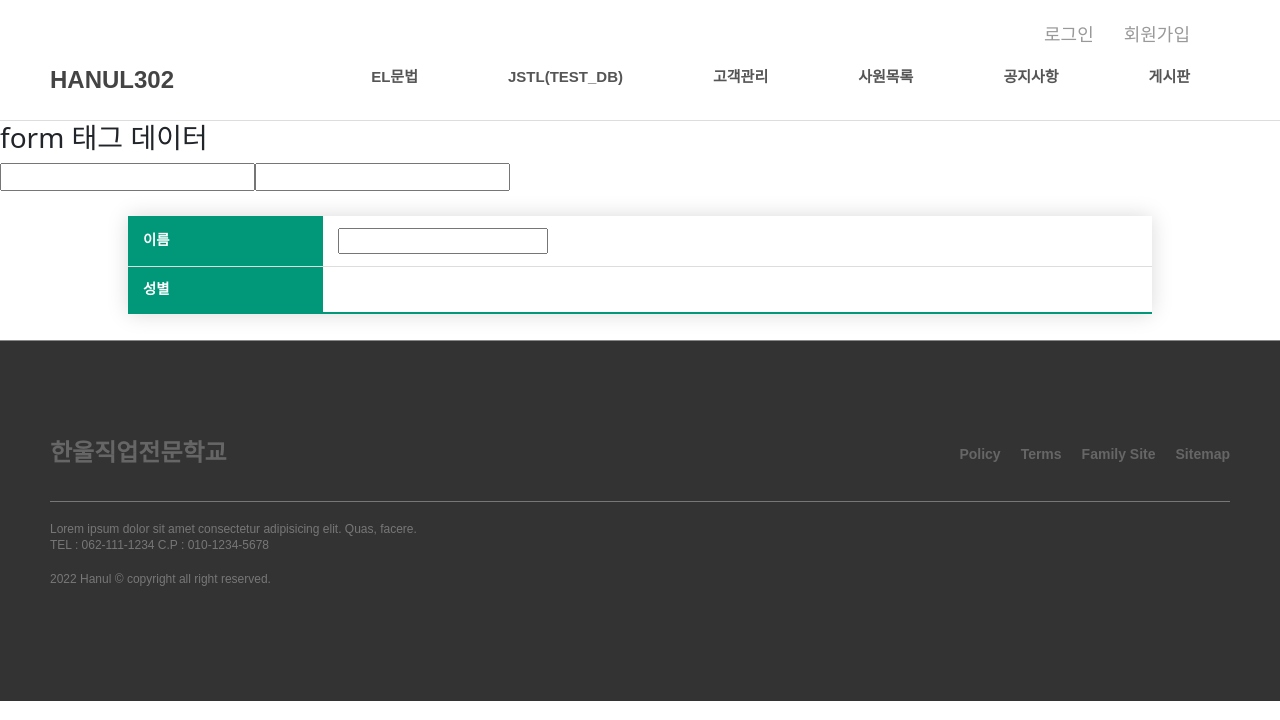
Repository: Xeyeong/servlet
Page: http://localhost/05.MiniProject/el/form.jsp
An editor plug-in stored every save of this project. The page is shown before and after the next save, followed by the edit.
The browser window is 1280 px wide. The pictures show the whole page.
Some web libraries are served in a nearby version. The page is served by Tomcat 9.

Above is the page before, as saved 2022-09-20 00:52:35.

After the next save:
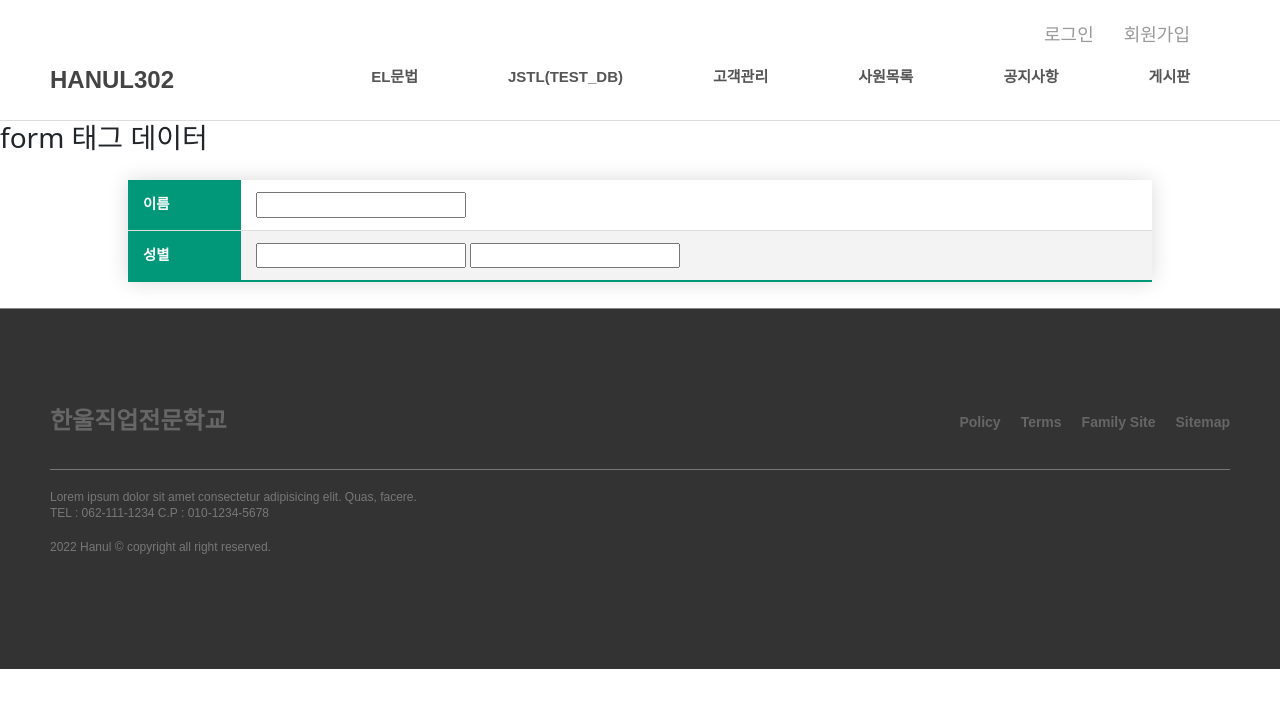
Saved 4 s later.
--- a/05.MiniProject/src/main/webapp/el/form.jsp
+++ b/05.MiniProject/src/main/webapp/el/form.jsp
@@ -18,6 +18,7 @@
 	</tr>
 	<tr>
 		<th>성별</th>
+		<td>
 			<input type="text" name="gender" />
 			<input type="text" name="gender" />
 		</td>
